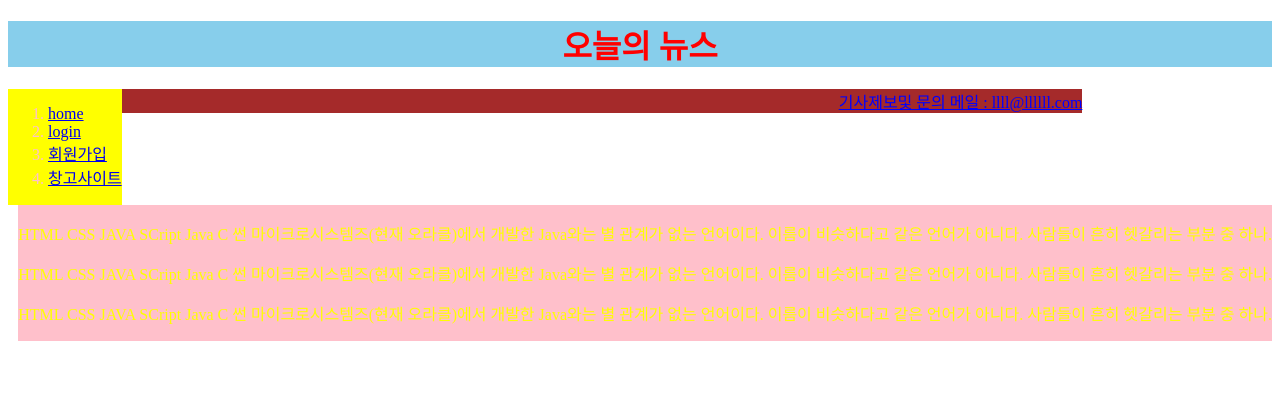
Repository: ssleap/multicampusIoT
Page: workspace190520/edu2/WebContent/test02.html
The author's editor kept a copy of each file at every save. The page is drawn from the files as they stood at one save, then again after the next save.
The browser window is 1280 px wide. The pictures show the whole page.

Above is the page before, as saved 2019-05-22 06:53:02.

### workspace190520/edu2/WebContent/test02.html
<!DOCTYPE html>
<html>
<head>
<meta charset="UTF-8">
<meta name = "viewport" content ="width=device-width, initial-scale=1">
<title>Insert title here</title>
<style>

	#header{
		width :100%;
		text-align: center;
		background: skyblue;
		color : red;

	}
	#footer{

		width : 85%;
		text-decoration: underline;
		text-align: right;
		color: blue;
		font:italic;
		background-color: brown;

	}

	#menu{

		color: pink;
		text-align: left;
		background-color: yellow;
		float : left;
	}

	#main{

		color : yellow;
		background-color: pink;
		float : right;

	}

</style>
</head>
<body>

	<div id = "header">

		<h1>오늘의 뉴스</h1>

	</div>

	<div id = "contents" >

		<div id = "menu">

			<ol>

				<li><a href = "#">home</a></li>
				<li><a href = "#">login</a></li>
				<li><a href = "#">회원가입</a></li>
				<li><a href = "#">창고사이트</a></li>

			</ol>

		</div>

		<div id = "main">

			<p>

				HTML CSS JAVA SCript Java C
				썬 마이크로시스템즈(현재 오라클)에서 개발한
				Java와는 별 관계가 없는 언어이다.
				이름이 비슷하다고 같은 언어가 아니다.
				사람들이 흔히 헷갈리는 부분 중 하나.

			</p>

			<p>

				HTML CSS JAVA SCript Java C
				썬 마이크로시스템즈(현재 오라클)에서 개발한
				Java와는 별 관계가 없는 언어이다.
				이름이 비슷하다고 같은 언어가 아니다.
				사람들이 흔히 헷갈리는 부분 중 하나.

			</p>

			<p>

				HTML CSS JAVA SCript Java C
				썬 마이크로시스템즈(현재 오라클)에서 개발한
				Java와는 별 관계가 없는 언어이다.
				이름이 비슷하다고 같은 언어가 아니다.
				사람들이 흔히 헷갈리는 부분 중 하나.

			</p>

		</div>

	</div>

	<div id = "footer">
		기사제보및 문의 메일 : llll@llllll.com
	</div>

</body>
</html>

After the next save:
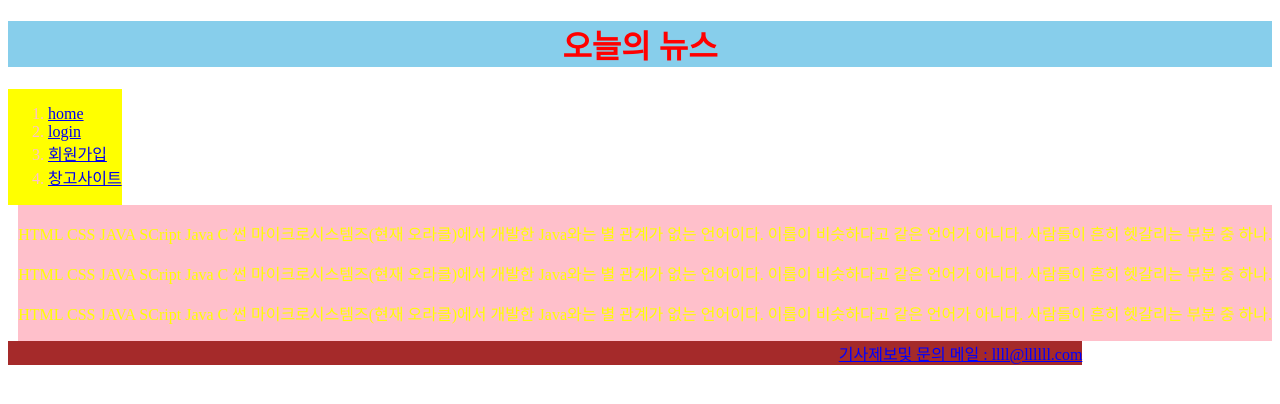
Saved 51 s later.
--- a/workspace190520/edu2/WebContent/test02.html
+++ b/workspace190520/edu2/WebContent/test02.html
@@ -21,6 +21,7 @@
 		color: blue;
 		font:italic;
 		background-color: brown;
+		clear: both;
 
 	}
 
